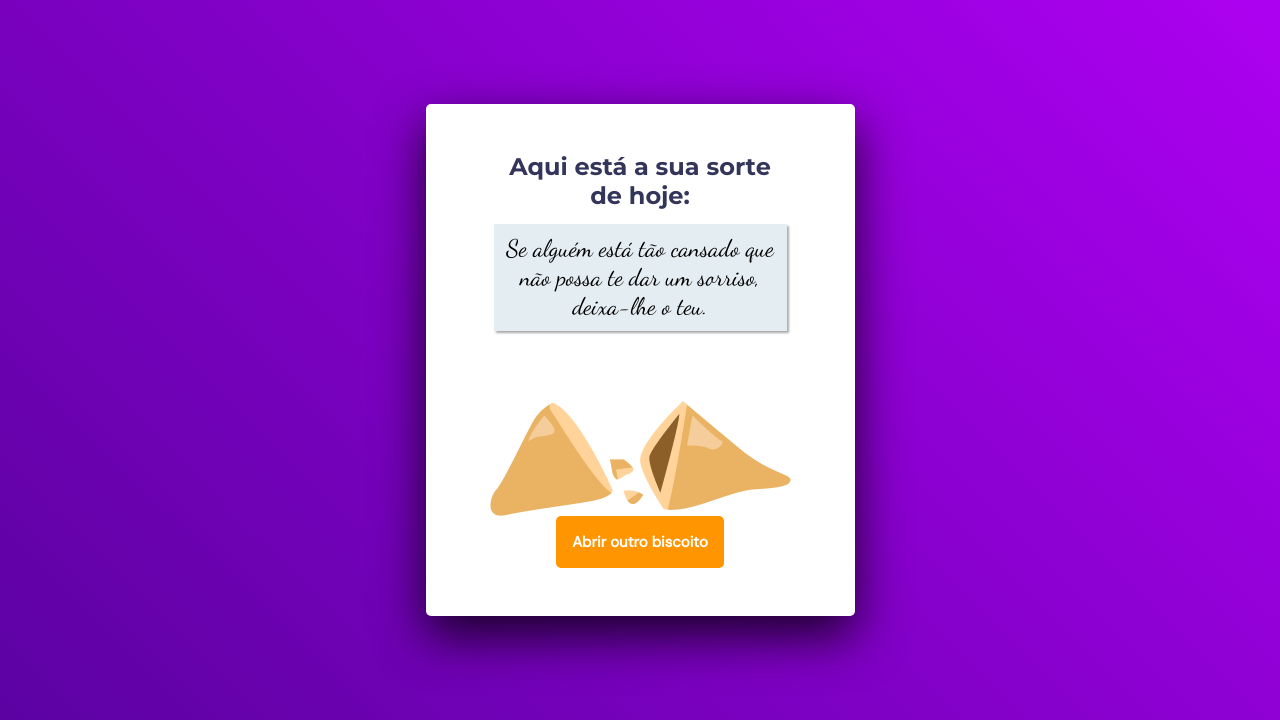
Repository: caueenrico/cookieCoach
Page: index.html
These files come from the project's save history. The page is drawn as it stood at one moment and after a run of saves; the edit follows.
The browser window is 1280 px wide. The pictures show the whole page.

Above is the page before, as saved 2023-06-27 16:50:37.

After the next 4 saves:
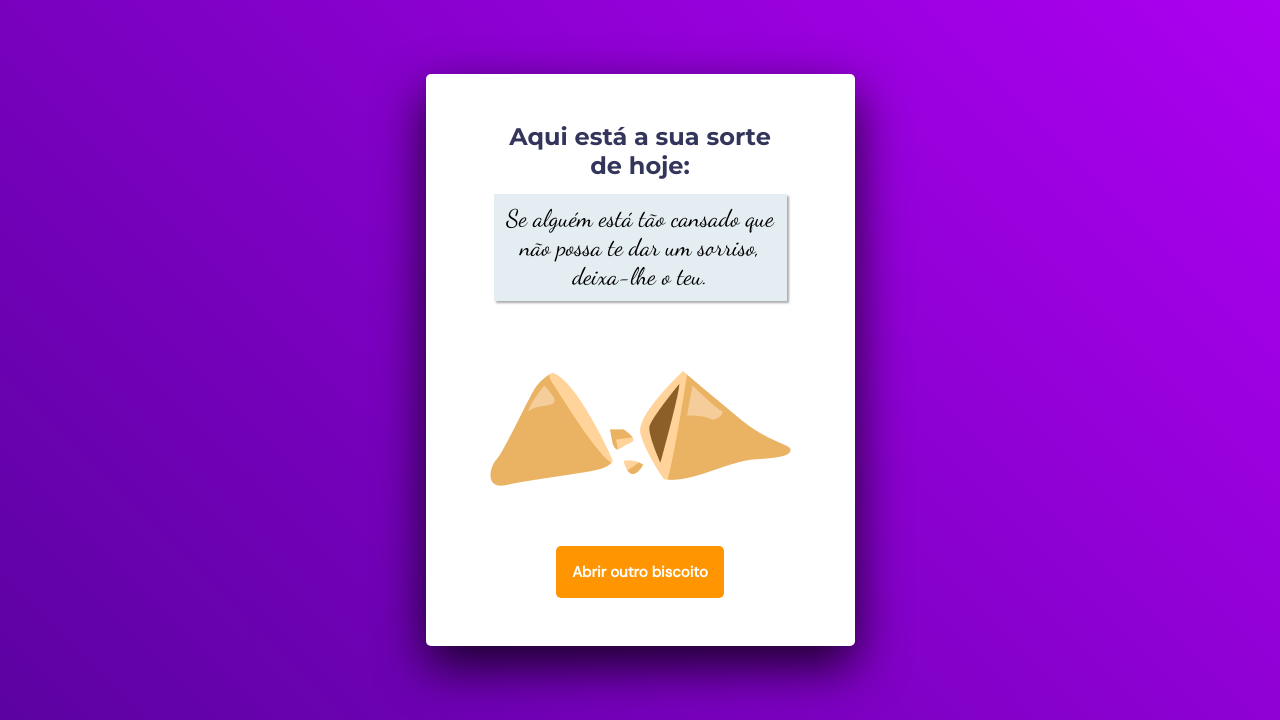
The 4 saves are shown as one change because they came seconds apart.
The last was saved 24 s later.
--- a/style.css
+++ b/style.css
@@ -136,4 +136,6 @@ span {
   color: #FFF;
   background: #FF9500;
 
+  margin-top: 6.0rem;
+
 }
